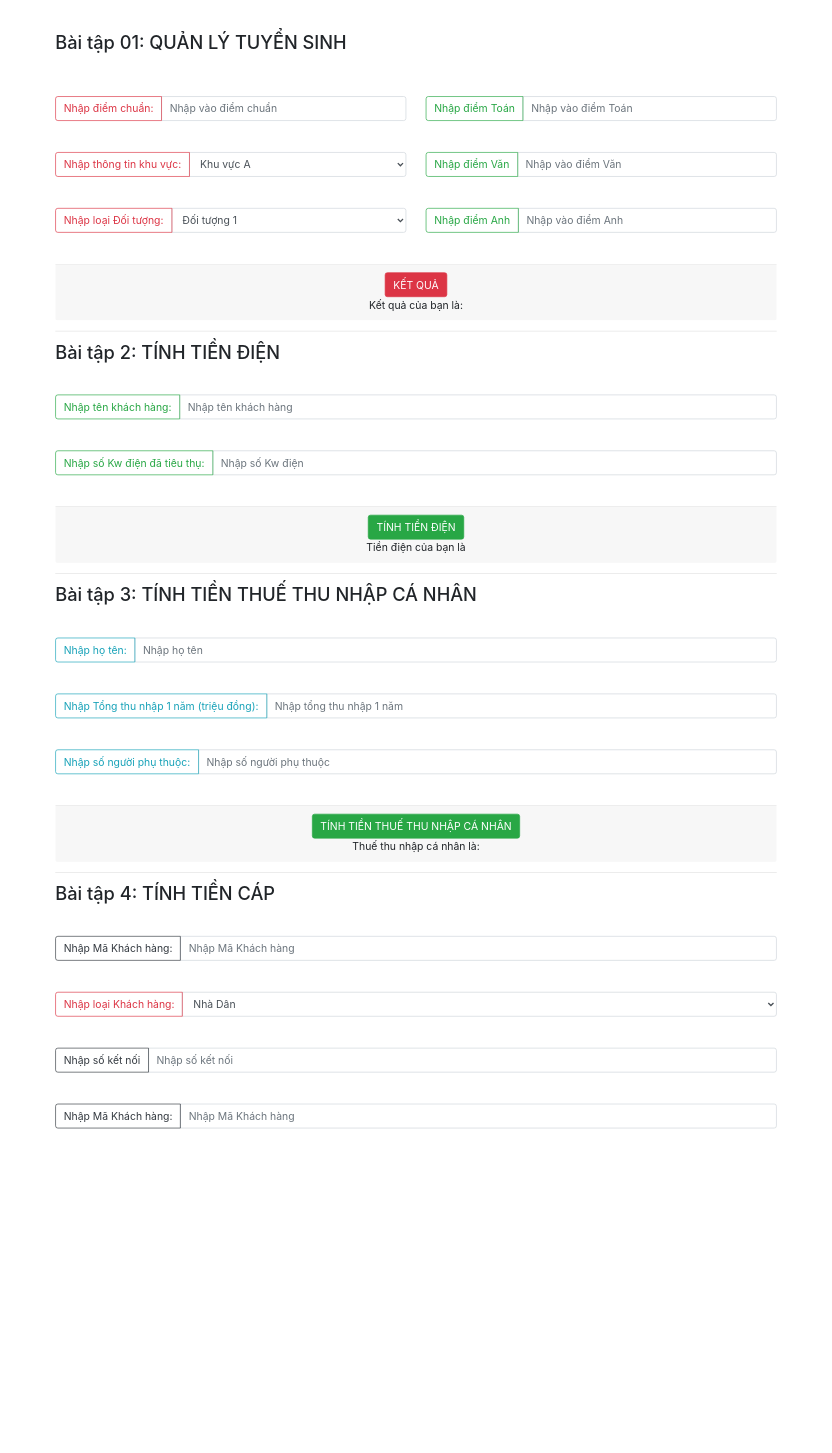
Repository: ducdatit2002/javascript-tinh-day15
Page: index.html
An editor plug-in stored every save of this project. The page is shown before and after the next save, followed by the edit.
The browser window is 1280 px wide. The pictures show the whole page, at 65% of full size.

Above is the page before, as saved 2023-08-20 21:40:25.

After the next save:
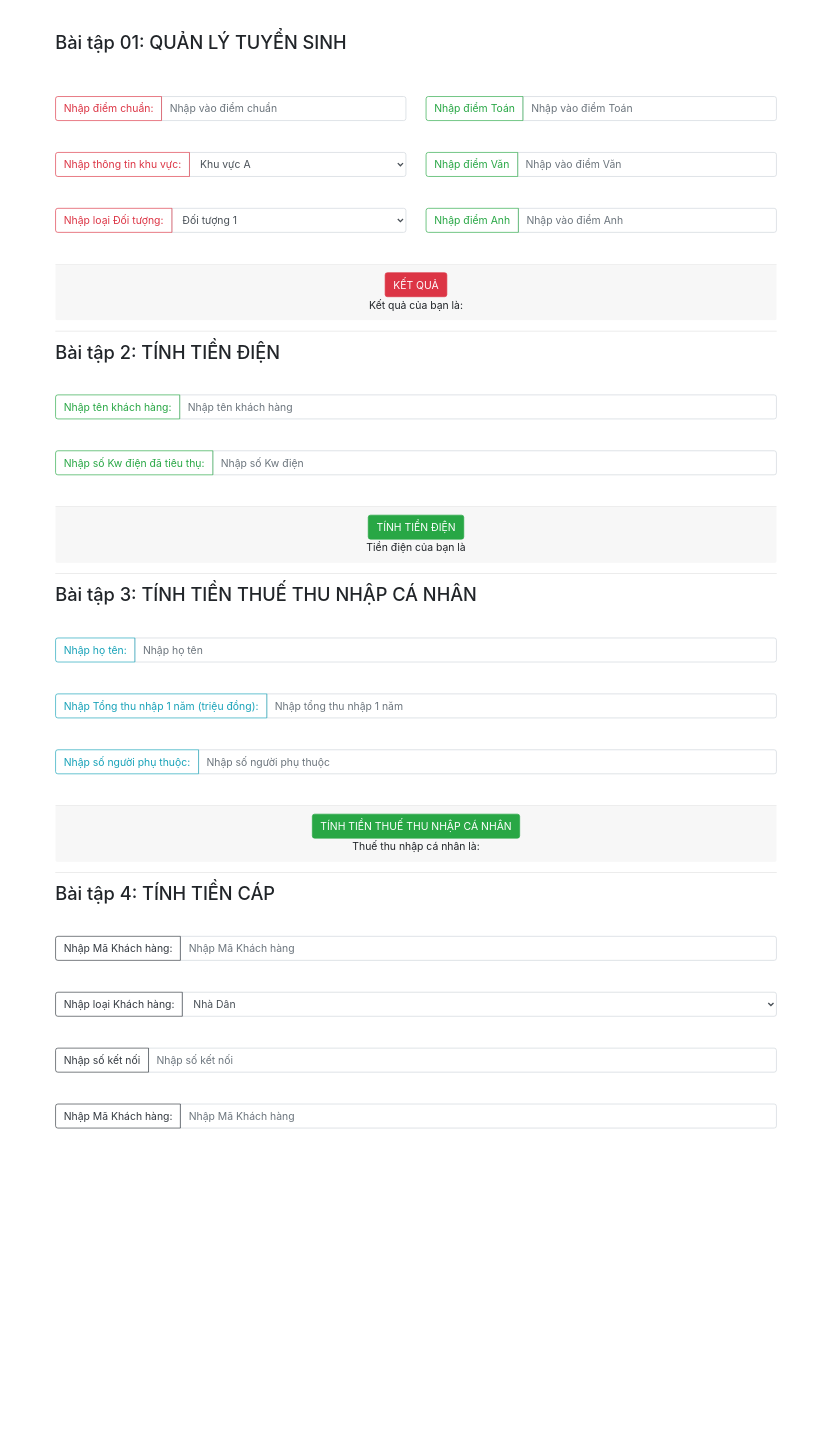
Saved 22 s later.
--- a/index.html
+++ b/index.html
@@ -206,7 +206,7 @@
         </div>
         <div class="input-group mt-5">
           <div class="input-group-prepend">
-            <button class="btn btn-outline-danger">
+            <button class="btn btn-outline-dark">
               Nhập loại Khách hàng:
             </button>
           </div>
